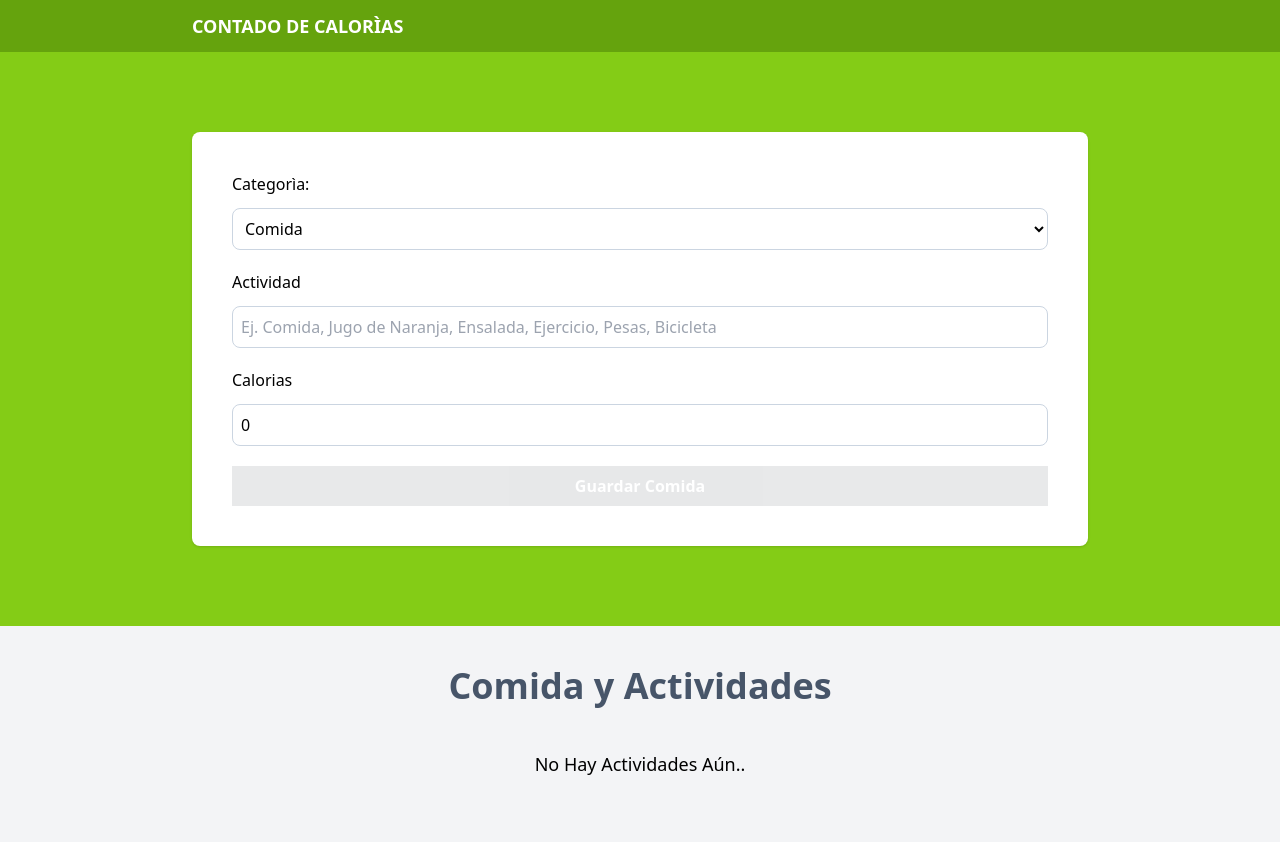
Repository: Matiiu/calorie-tracker
Page: /
An editor plug-in stored every save of this project. The page is shown before and after the next save, followed by the edit.
The browser window is 1280 px wide. The pictures show the whole page.
The project was rebuilt for these pictures with package versions that can differ from the ones it lists, and the page was loaded fresh each time. Also part of the build but not shown: vite.config.ts.

Above is the page before, as saved 2024-04-01 18:18:05.

After the next save:
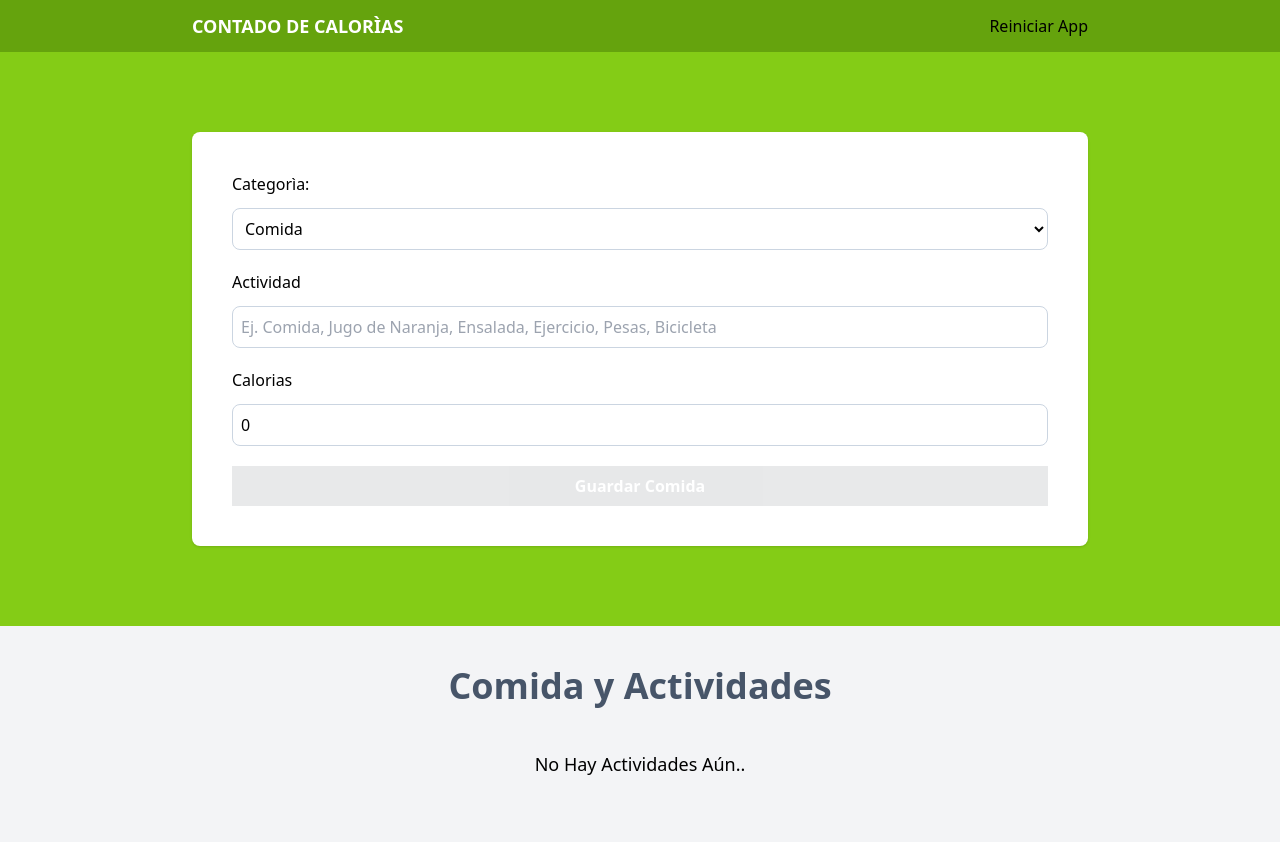
Saved 37 s later.
--- a/src/components/Header.tsx
+++ b/src/components/Header.tsx
@@ -5,6 +5,10 @@ export default function Header() {
         <h1 className="text-center text-lg font-bold text-white uppercase">
           Contado de Calorìas
         </h1>
+
+        <button>
+          Reiniciar App
+        </button>
       </div>
     </header>
   );
